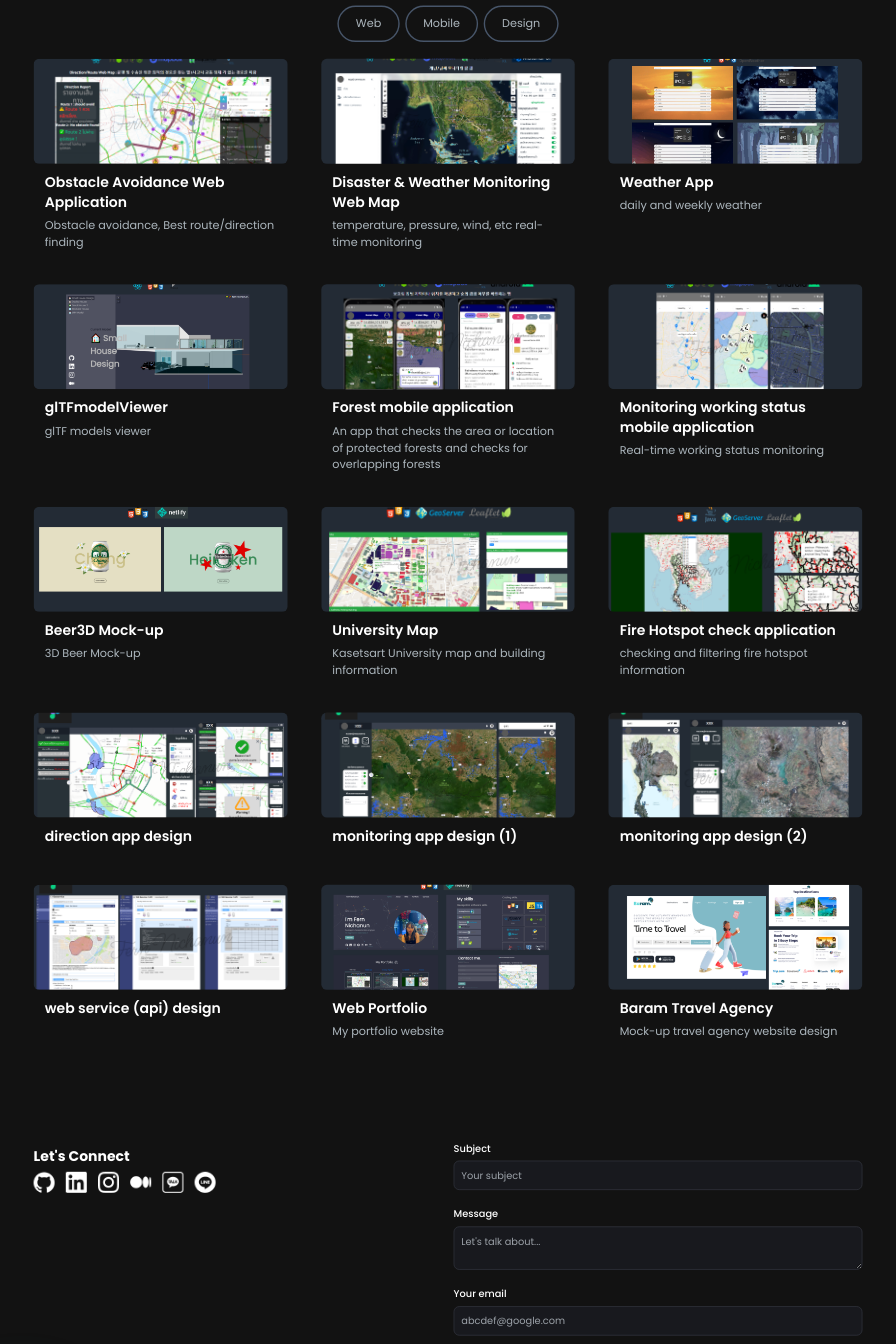
Repository: ffferncake/ffferncake-webport-2024
Page: /
The author's editor kept a copy of each file at every save. The page is drawn from the files as they stood at one save, then again after the next save.
The browser window is 1280 px wide. The pictures show the part of the page from y = 1500 to 3420 px (the page is 3758 px tall before and 3710 px after), at 70% of full size.
The project was rebuilt for these pictures with package versions that can differ from the ones it lists, and the page was loaded fresh each time. The framework's server and built-in components were replaced by stand-ins that run in the browser. Also part of the build but not shown: next.config.js, src/app/components/MenuOverlay.jsx, src/app/components/AchievementsSection.jsx.

Above is the page before, as saved 2024-03-16 17:28:22.

### src/app/layout.js
import "./globals.css";
import { Poppins } from "next/font/google";

const poppins = Poppins({
  subsets: ["latin"],
  display: "swap",
  variable: "--font-poppins",
  weight: ["100", "200", "300", "400", "500", "600", "700", "800", "900"]
});
export const metadata = {
  title: "Fern Nichanun",
  description: "Ferncake Web Portfolio",
  // icons: [{ rel: 'icon', url: Favicon }],
};

export default function RootLayout({ children }) {
  return (
    <html lang="en">
      <link rel="icon" type="image/png" href="/images/carrot.png" />
      <body className={poppins.className}>{children}</body>
    </html>
  );
}

### src/app/globals.css
@import url('https://fonts.googleapis.com/css2?family=Poppins:wght@400;700&display=swap');
@tailwind base;
@tailwind components;
@tailwind utilities;

:root {
  --foreground-rgb: 0, 0, 0;
  --background-start-rgb: 214, 219, 220;
  --background-end-rgb: 255, 255, 255;
  --backgroud-color: hsl(231, 16%, 24%);
  --green-color: #5f9ea0;
  --secondary-color: #bbbbbb;
  --bg-color-of-lists-in-skills-section: hsl(229, 12%, 37%);
  --card-bg-color: #232432;

  --bg-color-for-form-inputs: #ffffff24;
  --border-color-for-form-inputs: #c4c4c44a;
}

@media (prefers-color-scheme: dark) {
  :root {
    --foreground-rgb: 255, 255, 255;
    --background-start-rgb: 0, 0, 0;
    --background-end-rgb: 0, 0, 0;
  }
}

body {
  color: rgb(var(--foreground-rgb));
  background: linear-gradient(
      to bottom,
      transparent,
      rgb(var(--background-end-rgb))
    )
    rgb(var(--background-start-rgb));
}

### src/app/components/HeroSection.jsx
"use client";
import React, { useState, useEffect } from "react";
import Image from "next/image";
import { TypeAnimation } from "react-type-animation";
import { motion } from "framer-motion";
import Link from "next/link";
import GithubIcon from "../../../public/images/sns-icon/github_negative.png";
import LinkedinIcon from "../../../public/images/sns-icon/linkedIn_negative.png";
import InstragramIcon from "../../../public/images/sns-icon/instagram_negative.png";
import MediumIcon from "../../../public/images/sns-icon/medium_negative.png";
import KakaoIcon from "../../../public/images/sns-icon/kakao.png";
import LineIcon from "../../../public/images/sns-icon/line_white.png";

const HeroSection = () => {
  const [flipImage, setFlipImage] = useState(false);

  useEffect(() => {
    const interval = setInterval(() => {
      setFlipImage((prevFlip) => !prevFlip); // Toggle flip state between true and false
    }, 1000); // Set interval duration to 1000ms (1 second)

    return () => clearInterval(interval); // Cleanup function to clear the interval on unmounting
  }, []);

  return (
    <section className="lg:py-16">
      <div className="grid grid-cols-1 sm:grid-cols-12">
        <motion.div
          initial={{ opacity: 0, scale: 0.5 }}
          animate={{ opacity: 1, scale: 1 }}
          transition={{ duration: 0.5 }}
          className="col-span-8 place-self-center text-center sm:text-left justify-self-start"
        >
          <h1 className="text-white mb-4 text-3xl sm:text-4xl lg:text-7xl lg:leading-normal font-extrabold">
            <span className="text-transparent bg-clip-text bg-gradient-to-r from-primary-400 to-secondary-400">
              Hello, I&apos;m{" "}
            </span>
            <br></br>
            <TypeAnimation
              sequence={[
                "Fern Nichanun",
                1000,
                "Web Developer",
                1000,
                "Mobile Developer",
                1000
                // "UI/UX Designer",
                // 1000,
              ]}
              wrapper="span"
              speed={50}
              repeat={Infinity}
            />
          </h1>
          <p className="text-[#ADB7BE] text-base sm:text-lg mb-6 lg:text-xl">
            Fronted Developer.
          </p>
          <div>
            <Link
              href="/#contact"
              className="px-6 inline-block py-3 w-full sm:w-fit rounded-full mr-4 bg-gradient-to-br from-primary-500 to-secondary-500 hover:bg-slate-200 text-white"
            >
              Hire Me
            </Link>
            <Link
              href="https://docs.google.com/presentation/d/1z7HzCXi2YN3cB4-aMu2r1YaA_lvp-Hnor0B5jhDNz0A/edit?usp=sharing"
              className="px-1 inline-block py-1 w-full sm:w-fit rounded-full bg-gradient-to-br from-primary-500 to-secondary-500 hover:bg-slate-800 text-white mt-3"
            >
              <span className="block bg-[#121212] hover:bg-slate-800 rounded-full px-5 py-2">
                Download CV
              </span>
            </Link>
            <div className="mt-10 socials flex flex-row gap-4">
              <Link href="https://github.com/ffferncake">
                <Image
                  src={GithubIcon}
                  alt="Github Icon"
                  width={30}
                  height={30}
                />
              </Link>
              <Link href="https://www.linkedin.com/in/nichanun-trakulphudphong/">
                <Image
                  src={LinkedinIcon}
                  alt="Linkedin Icon"
                  width={30}
                  height={30}
                />
              </Link>
              <Link href="https://www.instagram.com/ferncake/">
                <Image
                  src={InstragramIcon}
                  alt="Instragram Icon"
                  width={30}
                  height={30}
                />
              </Link>
              <Link href="https://medium.com/@fernnichanun">
                <Image
                  src={MediumIcon}
                  alt="Medium Icon"
                  width={30}
                  height={30}
                />
              </Link>
              <Link href="./images/sns-icon/kakao_qr.jpg">
                <Image
                  src={KakaoIcon}
                  alt="Kakao Icon"
                  width={30}
                  height={30}
                />
              </Link>
              <Link href="https://line.me/ti/p/JTehJXJst6">
                <Image src={LineIcon} alt="Line Icon" width={30} height={30} />
              </Link>
            </div>
          </div>
        </motion.div>
        <motion.div
          initial={{ opacity: 0, scale: 0.5 }}
          animate={{ opacity: 1, scale: 1 }}
          transition={{ duration: 0.5 }}
          className="col-span-4 place-self-center mt-4 lg:mt-0"
        >
          <div className="relative">
            <Image
              src={
                flipImage
                  ? "/images/ferncake-graduated-modified.png"
                  : "/images/ferncake-macbook.png"
              }
              alt="hero image"
              className="rounded-full bg-[#ffff] w-[150px] h-[150px] lg:w-[300px] lg:h-[300px]"
              width={300}
              height={300}
            />
          </div>
        </motion.div>
      </div>
    </section>
  );
};

export default HeroSection;

### src/app/components/Navbar.jsx
"use client";
import Link from "next/link";
import React, { useState } from "react";
import NavLink from "./NavLink";
import { Bars3Icon, XMarkIcon } from "@heroicons/react/24/solid";
import MenuOverlay from "./MenuOverlay";

const navLinks = [
  {
    title: "<About/>",
    path: "#about",
  },
  {
    title: "<Projects/>",
    path: "#projects",
  },
  {
    title: "<Contact/>",
    path: "#contact",
  },
];

const Navbar = () => {
  const [navbarOpen, setNavbarOpen] = useState(false);

  return (
    <nav className="fixed mx-auto border border-[#33353F] top-0 left-0 right-0 z-10 bg-[#121212] bg-opacity-100">
      <div className="flex container lg:py-4 flex-wrap items-center justify-between mx-auto px-4 py-2">
        <Link
          href={"/"}
          className="text-1xl md:text-2xl text-white font-semibold"
        >
          Fern Nichanun.
        </Link>
        <div className="mobile-menu block md:hidden">
          {!navbarOpen ? (
            <button
              onClick={() => setNavbarOpen(true)}
              className="flex items-center px-3 py-2 border rounded border-slate-200 text-slate-200 hover:text-white hover:border-white"
            >
              <Bars3Icon className="h-5 w-5" />
            </button>
          ) : (
            <button
              onClick={() => setNavbarOpen(false)}
              className="flex items-center px-3 py-2 border rounded border-slate-200 text-slate-200 hover:text-white hover:border-white"
            >
              <XMarkIcon className="h-5 w-5" />
            </button>
          )}
        </div>
        <div className="menu hidden md:block md:w-auto" id="navbar">
          <ul className="flex p-4 md:p-0 md:flex-row md:space-x-8 mt-0">
            {navLinks.map((link, index) => (
              <li key={index}>
                <NavLink href={link.path} title={link.title} />
              </li>
            ))}
          </ul>
        </div>
      </div>
      {navbarOpen ? <MenuOverlay links={navLinks} /> : null}
    </nav>
  );
};

export default Navbar;

### src/app/components/EmailSection.jsx
"use client";
import React, { useState } from "react";
import GithubIcon from "../../../public/images/sns-icon/github_negative.png";
import LinkedinIcon from "../../../public/images/sns-icon/linkedIn_negative.png";
import InstragramIcon from "../../../public/images/sns-icon/instagram_negative.png";
import MediumIcon from "../../../public/images/sns-icon/medium_negative.png";
import KakaoIcon from "../../../public/images/sns-icon/kakao.png";
import LineIcon from "../../../public/images/sns-icon/line_white.png";

import Link from "next/link";
import Image from "next/image";
import emailjs from "emailjs-com";

const EmailSection = () => {
  const [emailSubmitted, setEmailSubmitted] = useState(false);

  const sendEmail = (e) => {
    e.preventDefault();
    const userEmail = e.target.email.value;
    const subject = e.target.subject.value;
    const message = e.target.message.value;

    if (!isValidEmail(userEmail)) {
      alert("Please enter a valid email address.");
      return;
    }

    emailjs
      .send(
        "service_xzyo77j",
        "template_hua0n4a",
        {
          to_email: "fernnichanun@gmail.com",
          from_email: userEmail,
          subject: subject,
          message_html: message,
        },
        "NFyFFPYZ2gdUOlgMg"
      )
      .then(
        function (response) {
          console.log("Email sent successfully", response);
          alert(
            "Email sent successfully. I will get back to you shortly."
          );
          setEmailSubmitted(true);
        },
        function (error) {
          console.error("Email failed to send", error);
          alert("Email failed to send. Please try again later.");
        }
      );
  };

  const isValidEmail = (email) => {
    const emailRegex = /^[^\s@]+@[^\s@]+\.[^\s@]+$/;
    return emailRegex.test(email);
  };

  return (
    <section
      id="contact"
      className="grid md:grid-cols-2 my-12 md:my-12 py-24 gap-4 relative"
    >
      <div className="bg-[radial-gradient(ellipse_at_center,_var(--tw-gradient-stops))] from-primary-900 to-transparent rounded-full h-80 w-80 z-0 blur-lg absolute top-3/4 -left-4 transform -translate-x-1/2 -translate-1/2"></div>
      <div className="z-10">
        <h5 className="text-xl font-bold text-white my-2">
          Let&apos;s Connect
        </h5>
        <div className="socials flex flex-row gap-4">
          <Link href="https://github.com/ffferncake">
            <Image src={GithubIcon} alt="Github Icon" width={30} height={30} />
          </Link>
          <Link href="https://www.linkedin.com/in/nichanun-trakulphudphong/">
            <Image
              src={LinkedinIcon}
              alt="Linkedin Icon"
              width={30}
              height={30}
            />
          </Link>
          <Link href="https://www.instagram.com/ferncake/">
            <Image
              src={InstragramIcon}
              alt="Instragram Icon"
              width={30}
              height={30}
            />
          </Link>
          <Link href="https://medium.com/@fernnichanun">
            <Image src={MediumIcon} alt="Medium Icon" width={30} height={30} />
          </Link>
          <Link href="./images/sns-icon/kakao_qr.jpg">
            <Image src={KakaoIcon} alt="Kakao Icon" width={30} height={30} />
          </Link>
          <Link href="https://line.me/ti/p/JTehJXJst6">
            <Image src={LineIcon} alt="Line Icon" width={30} height={30} />
          </Link>
        </div>
      </div>
      <div>
        {emailSubmitted ? (
          <p className="text-green-500 text-sm mt-2">
            Email sent successfully!
          </p>
        ) : (
          <form className="flex flex-col" onSubmit={sendEmail}>
            <div className="mb-6">
              <label
                htmlFor="subject"
                className="text-white block text-sm mb-2 font-medium"
              >
                Subject
              </label>
              <input
                name="subject"
                type="text"
                id="subject"
                required
                className="bg-[#18191E] border border-[#33353F] placeholder-[#9CA2A9] text-gray-100 text-sm rounded-lg block w-full p-2.5"
                placeholder="Your subject"
              />
            </div>
            <div className="mb-6">
              <label
                htmlFor="message"
                className="text-white block text-sm mb-2 font-medium"
              >
                Message
              </label>
              <textarea
                name="message"
                id="message"
                className="bg-[#18191E] border border-[#33353F] placeholder-[#9CA2A9] text-gray-100 text-sm rounded-lg block w-full p-2.5"
                placeholder="Let's talk about..."
              />
            </div>
            <div className="mb-6">
              <label
                htmlFor="email"
                className="text-white block mb-2 text-sm font-medium"
              >
                Your email
              </label>
              <input
                name="email"
                type="email"
                id="email"
                required
                className="bg-[#18191E] border border-[#33353F] placeholder-[#9CA2A9] text-gray-100 text-sm rounded-lg block w-full p-2.5"
                placeholder="abcdef@google.com"
              />
            </div>
            <button
              type="submit"
              className="bg-primary-500 hover:bg-primary-600 text-white font-medium py-2.5 px-5 rounded-lg w-full"
            >
              Send Message
            </button>
          </form>
        )}
      </div>
    </section>
  );
};

export default EmailSection;

### src/app/components/Footer.jsx
import React from "react";

const Footer = () => {
  return (
    <footer className="footer border z-10 border-t-[#33353F] border-l-transparent border-r-transparent text-white">
      <div className="container p-12 flex justify-between">
        <span>Fern Nichanun</span>
        <p className="text-slate-600">Inspired by webdecoded</p>
      </div>
    </footer>
  );
};

export default Footer;

### src/app/components/NavLink.jsx
import Link from "next/link";

const NavLink = ({ href, title }) => {
  return (
    <Link
      href={href}
      className="block py-2 pl-3 pr-4 text-[#ADB7BE] sm:text-md rounded md:p-0 hover:text-white"
    >
      {title}
    </Link>
  );
};

export default NavLink;

### src/app/components/ProjectCard.jsx
import React from "react";
import { CodeBracketIcon, EyeIcon } from "@heroicons/react/24/outline";
import Link from "next/link";

const ProjectCard = ({ imgUrl, title, description, gitUrl, previewUrl }) => {
  return (
    <div>
      <div
        className="h-152 md:h-52 rounded-t-xl relative group bg-cover bg-no-repeat bg-center overflow-hidden transform transition-transform duration-300 hover:scale-150"
        style={{
          // Add inline styles here
          backgroundImage: `url(${imgUrl})`,
          height: "150px", // Adjust the height for mobile
          borderRadius: "8px", // Adjust the border radius for mobile
        }}
      >
        {gitUrl && previewUrl && (
          <div className="overlay items-center justify-center absolute top-0 left-0 w-full h-full bg-[#181818] bg-opacity-0 hidden group-hover:flex group-hover:bg-opacity-80 transition-all duration-500 ">
            <Link
              href={gitUrl}
              className="h-14 w-14 mr-2 border-2 relative rounded-full border-[#ADB7BE] hover:border-white group/link"
            >
              <CodeBracketIcon className="h-10 w-10 text-[#ADB7BE] absolute top-1/2 left-1/2 transform -translate-x-1/2 -translate-y-1/2  cursor-pointer group-hover/link:text-white" />
            </Link>
            <Link
              href={previewUrl}
              className="h-14 w-14 border-2 relative rounded-full border-[#ADB7BE] hover:border-white group/link"
            >
              <EyeIcon className="h-10 w-10 text-[#ADB7BE] absolute top-1/2 left-1/2 transform -translate-x-1/2 -translate-y-1/2  cursor-pointer group-hover/link:text-white" />
            </Link>
          </div>
        )}
      </div>
      <div className="text-white rounded-b-xl mt-3 bg-[#181818]py-6 px-4">
        <h5 className="text-xl font-semibold mb-2">{title}</h5>
        <p className="text-[#ADB7BE]">{description}</p>
      </div>
    </div>
  );
};

export default ProjectCard;

### src/app/components/ProjectTag.jsx
import React from "react";

const ProjectTag = ({ name, onClick, isSelected }) => {
  const buttonStyles = isSelected
    ? "text-white border-primary-500"
    : "text-[#ADB7BE] border-slate-600 hover:border-white";
  return (
    <button
      className={`${buttonStyles} rounded-full border-2 px-6 py-3 text-md cursor-pointer`}
      onClick={() => onClick(name)}
    >
      {name}
    </button>
  );
};

export default ProjectTag;

Loaded but not shown: src/app/components/TabButton.jsx (common file); src/app/page.js (23 lines, source omitted); tailwind.config.js (24 lines, source omitted); src/app/components/AboutSection.jsx (329 lines, source omitted); src/app/components/ProjectsSection.jsx (215 lines, source omitted)

After the next save:
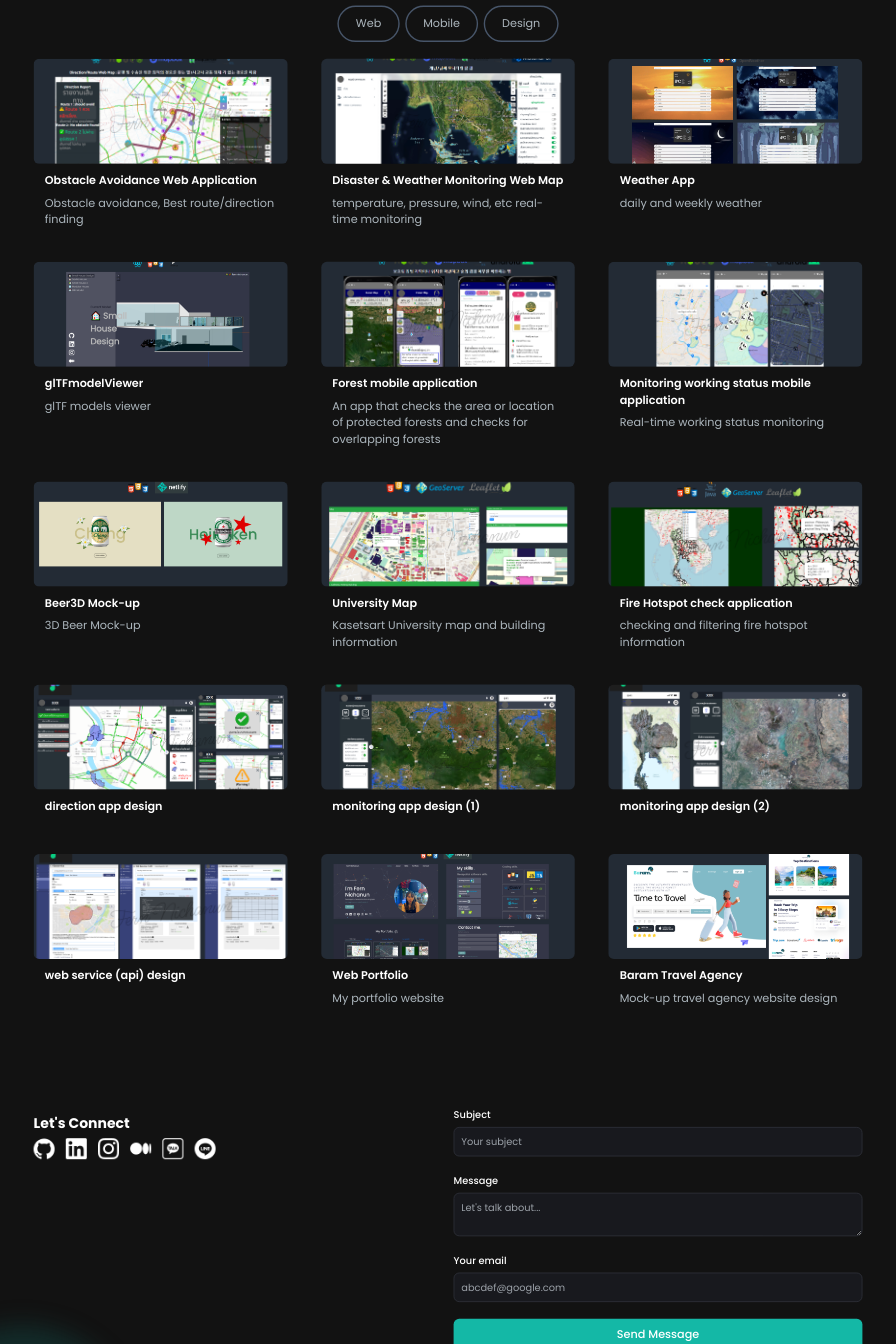
Saved 27 s later.
--- a/src/app/components/ProjectCard.jsx
+++ b/src/app/components/ProjectCard.jsx
@@ -32,7 +32,7 @@ const ProjectCard = ({ imgUrl, title, description, gitUrl, previewUrl }) => {
         )}
       </div>
       <div className="text-white rounded-b-xl mt-3 bg-[#181818]py-6 px-4">
-        <h5 className="text-xl font-semibold mb-2">{title}</h5>
+        <h5 className="text-md font-semibold mb-2">{title}</h5>
         <p className="text-[#ADB7BE]">{description}</p>
       </div>
     </div>
